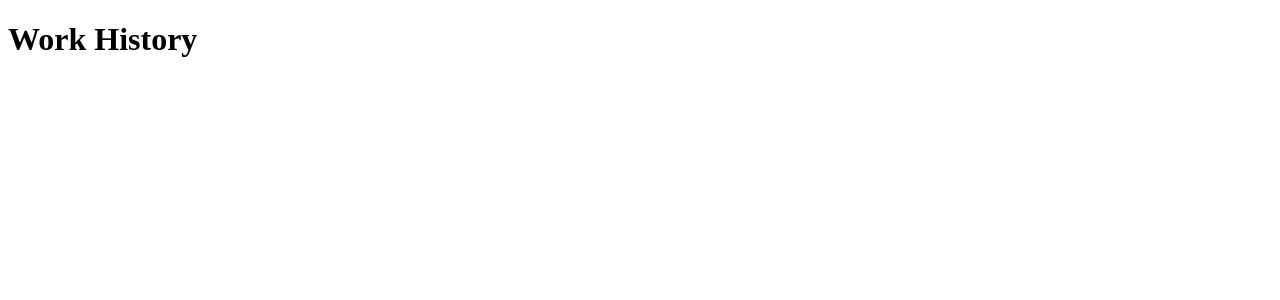
Repository: TEazy2433/LAB-HTML-Resume
Page: index.html
These files come from the project's save history. The page is drawn as it stood at one moment and after the next save; the edit follows.
The browser window is 1280 px wide. The pictures show the whole page.

Above is the page before, as saved 2023-10-11 18:30:17.

After the next save:
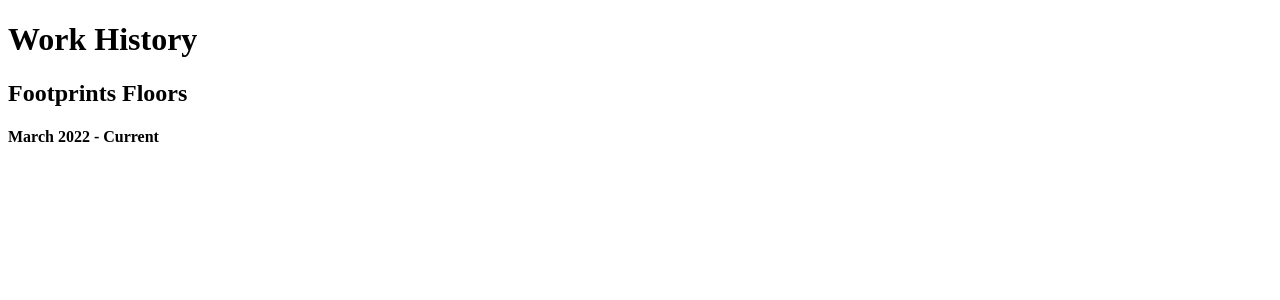
Saved 106 s later.
--- a/index.html
+++ b/index.html
@@ -9,6 +9,8 @@
 <body>
   <H1>Work History</H1>
   <article id="articleOne">
+    <h2>Footprints Floors</h2>
+    <h4>March 2022 - Current</h4>
 
   </article>
   <script src="main.js"></script>
